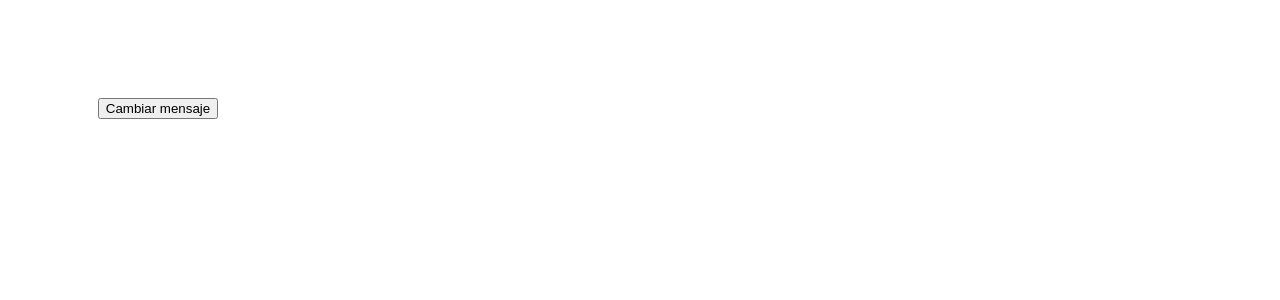
Repository: isaacseijas7/extensi-n-web-scraping
Page: popup.html
These files come from the project's save history. The page is drawn as it stood at one moment and after the next save; the edit follows.
The browser window is 1280 px wide. The pictures show the whole page.

Above is the page before, as saved 2024-01-17 17:44:29.

### popup.html
<!DOCTYPE html>
<html>
  <head>
    <title>Ramon.js</title>
    <meta charset="UTF-8" />
    <style>
      body {
        width: 300px;
        height: 200px;
        display: flex;
        align-items: center;
        justify-content: center;
        font-size: 24px;
      }
    </style>
  </head>
  <body>
    <button id="cambiar-mensaje">Cambiar mensaje</button>
    <script src="my_script.js"></script>
  </body>
</html>

### my_script.js
console.log(document.body);

After the next save:
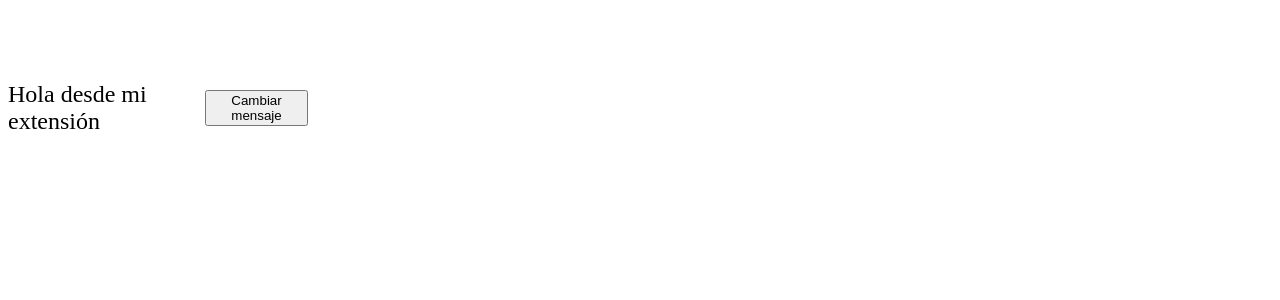
Saved 90 s later.
--- a/popup.html
+++ b/popup.html
@@ -15,7 +15,10 @@
     </style>
   </head>
   <body>
+    <div>Hola desde mi extensión</div>
+
     <button id="cambiar-mensaje">Cambiar mensaje</button>
+
     <script src="my_script.js"></script>
   </body>
 </html>

After the 5 saves that followed:
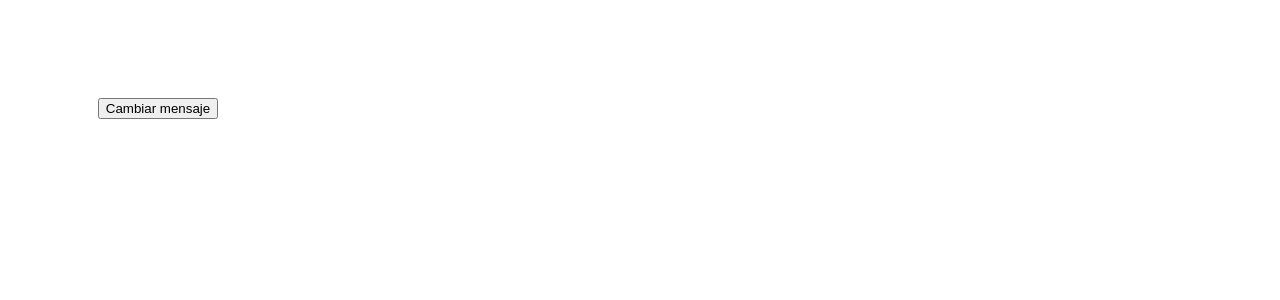
The 5 saves are shown as one change because 4 left the picture as it was.
The last was saved 111 s later.
--- a/popup.html
+++ b/popup.html
@@ -14,9 +14,7 @@
       }
     </style>
   </head>
-  <body>
-    <div>Hola desde mi extensión</div>
-
+  <body id="popup">
     <button id="cambiar-mensaje">Cambiar mensaje</button>
 
     <script src="my_script.js"></script>
--- a/my_script.js
+++ b/my_script.js
@@ -1 +1,5 @@
-console.log(document.body);
+if (document.body.id === "popup") {
+  const boton = document.getElementById("cambiar-mensaje");
+
+  boton.addEventListener("click", () => {});
+}
